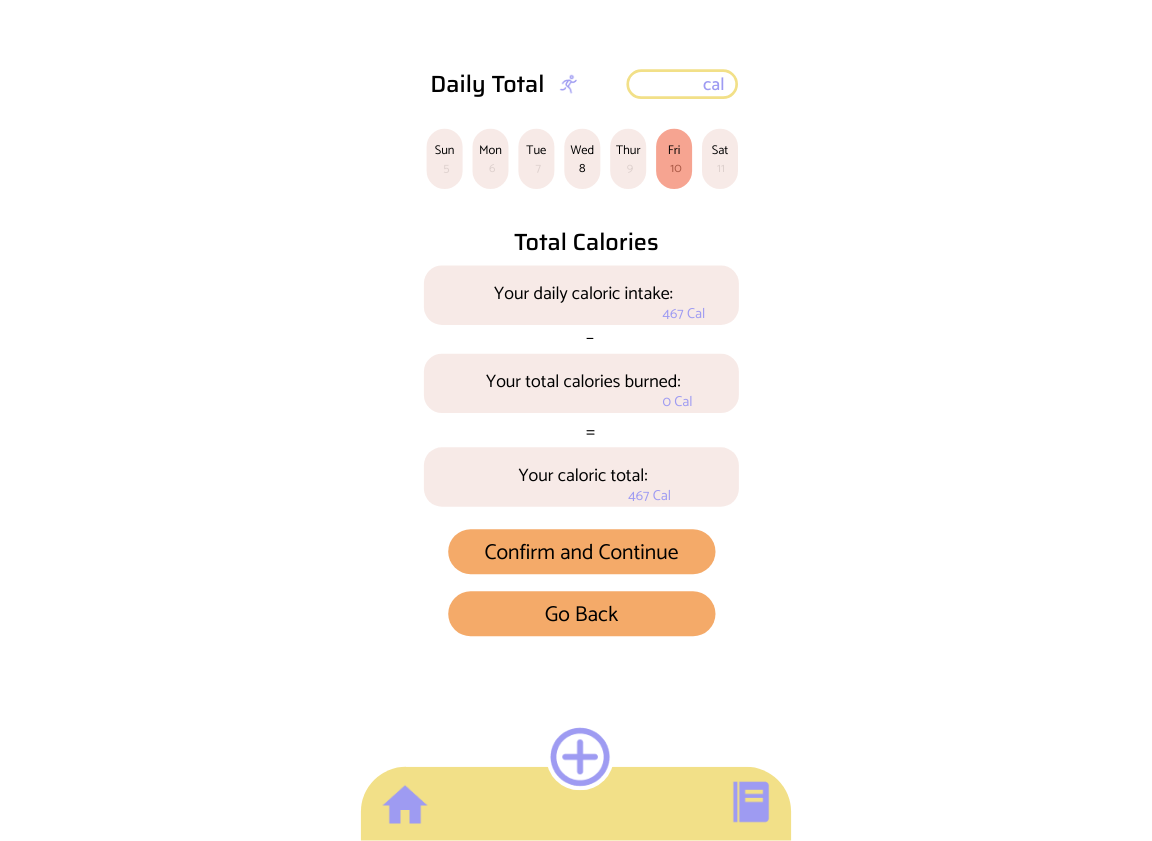
Repository: MeowCeline00/G5-Calorie-Tracker
Page: CalculateTotal/index.html
An editor plug-in stored every save of this project. The page is shown before and after a run of saves, followed by the edit.
The browser window is 1280 px wide. The pictures show the whole page, at 90% of full size.

Above is the page before, as saved 2024-05-26 14:11:33.

After the next 2 saves:
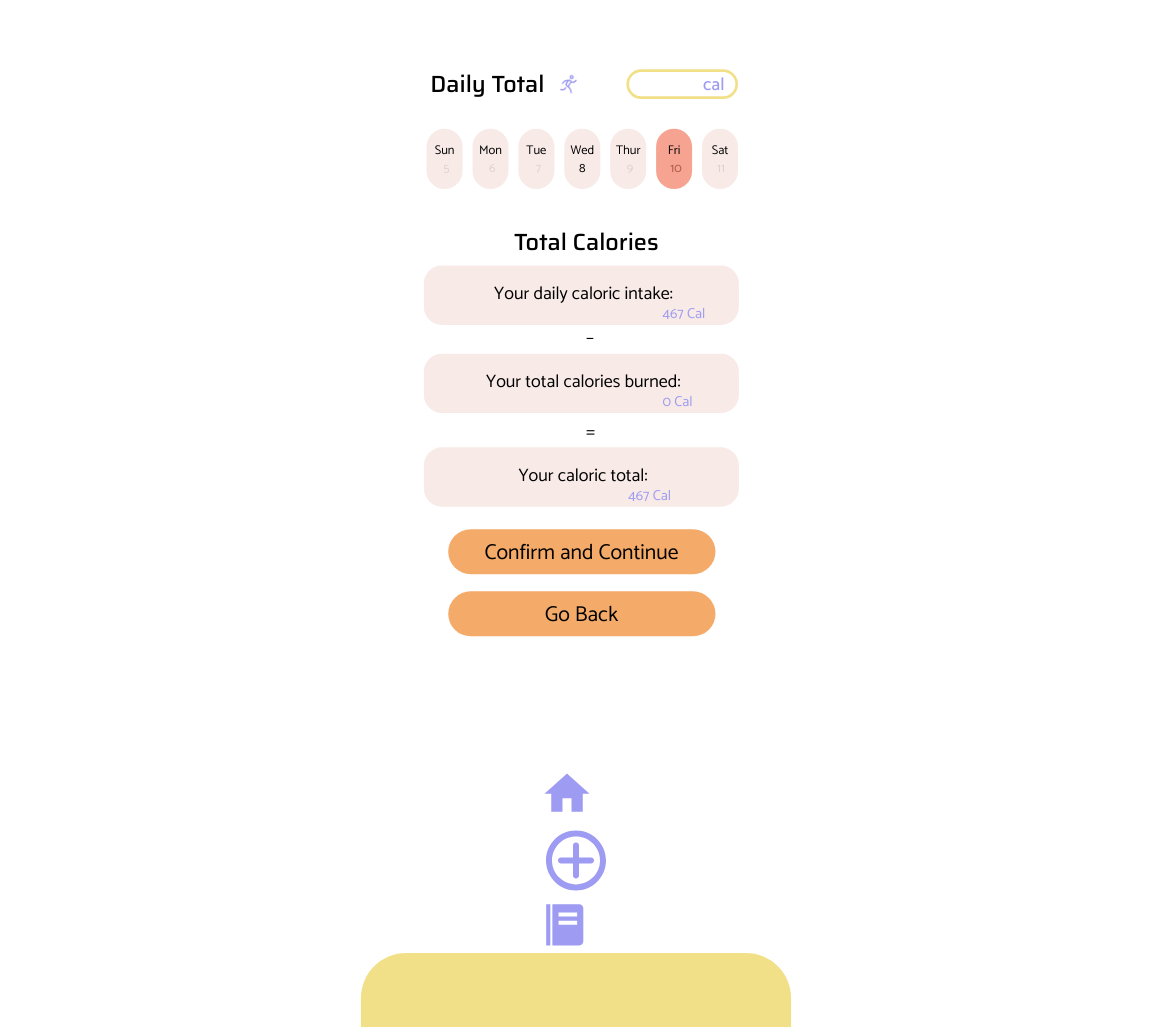
Console error: ReferenceError: renderLandingPage is not defined
The 2 saves are shown as one change because they came seconds apart.
The last was saved 34 s later.
--- a/CalculateTotal/index.html
+++ b/CalculateTotal/index.html
@@ -77,12 +77,26 @@
     		<div class="cal2">0   Cal</div>
     		<div class="cal3">467 Cal</div>
   	</div>
-
+  	<div class="navContainer">
+		<nav class="navbar">
+		  <div class="navItem" onclick="navigateTo('home2')">
+			<img src="/images/home_icon.svg" alt="Home" width="60" height="60" />
+		  </div>
+		  <div class="addButtonContainer">
+			<div class="addnewButton" onclick="navigateTo('addNew')">
+			  <img src="/images/add_icon.svg" alt="Add" width="80" height="80" />
+			</div>
+		  </div>
+		  <div class="navItem" onclick="navigateTo('recipes')">
+			<img src="/images/recipes_icon.svg" alt="Recipes" width="55" height="55" />
+		  </div>
+		</nav>
+	  </div>
+	  <script src="/scripts/app.js"></script>
+	  <script src="/scripts/navbar.js"></script>
   	<div class="navBarContainer">
 		<div class="navBar"
-		<a href="/index.html"><img class="image1" src="/Images/Vector.png "></a>
-		<a href="/index.html"><img class="image02"src="/Images/vector02.png "></a>
-		<a href="/index.html"><img class="image03" src="/Images/Vector1.png"></a>
+
 		</div>
 	</div>
 </div>

After the save that followed:
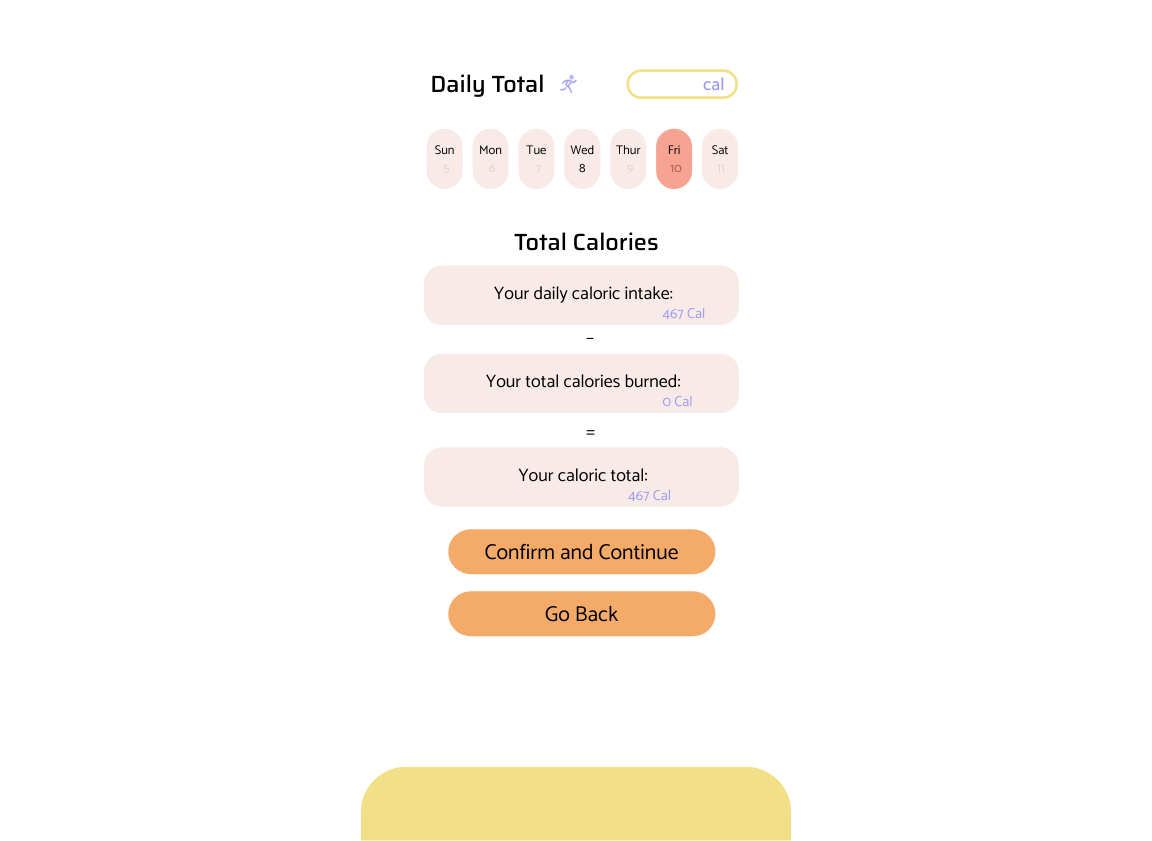
The error is gone.
Saved 5 s later.
--- a/CalculateTotal/index.html
+++ b/CalculateTotal/index.html
@@ -77,23 +77,7 @@
     		<div class="cal2">0   Cal</div>
     		<div class="cal3">467 Cal</div>
   	</div>
-  	<div class="navContainer">
-		<nav class="navbar">
-		  <div class="navItem" onclick="navigateTo('home2')">
-			<img src="/images/home_icon.svg" alt="Home" width="60" height="60" />
-		  </div>
-		  <div class="addButtonContainer">
-			<div class="addnewButton" onclick="navigateTo('addNew')">
-			  <img src="/images/add_icon.svg" alt="Add" width="80" height="80" />
-			</div>
-		  </div>
-		  <div class="navItem" onclick="navigateTo('recipes')">
-			<img src="/images/recipes_icon.svg" alt="Recipes" width="55" height="55" />
-		  </div>
-		</nav>
-	  </div>
-	  <script src="/scripts/app.js"></script>
-	  <script src="/scripts/navbar.js"></script>
+
   	<div class="navBarContainer">
 		<div class="navBar"
 
